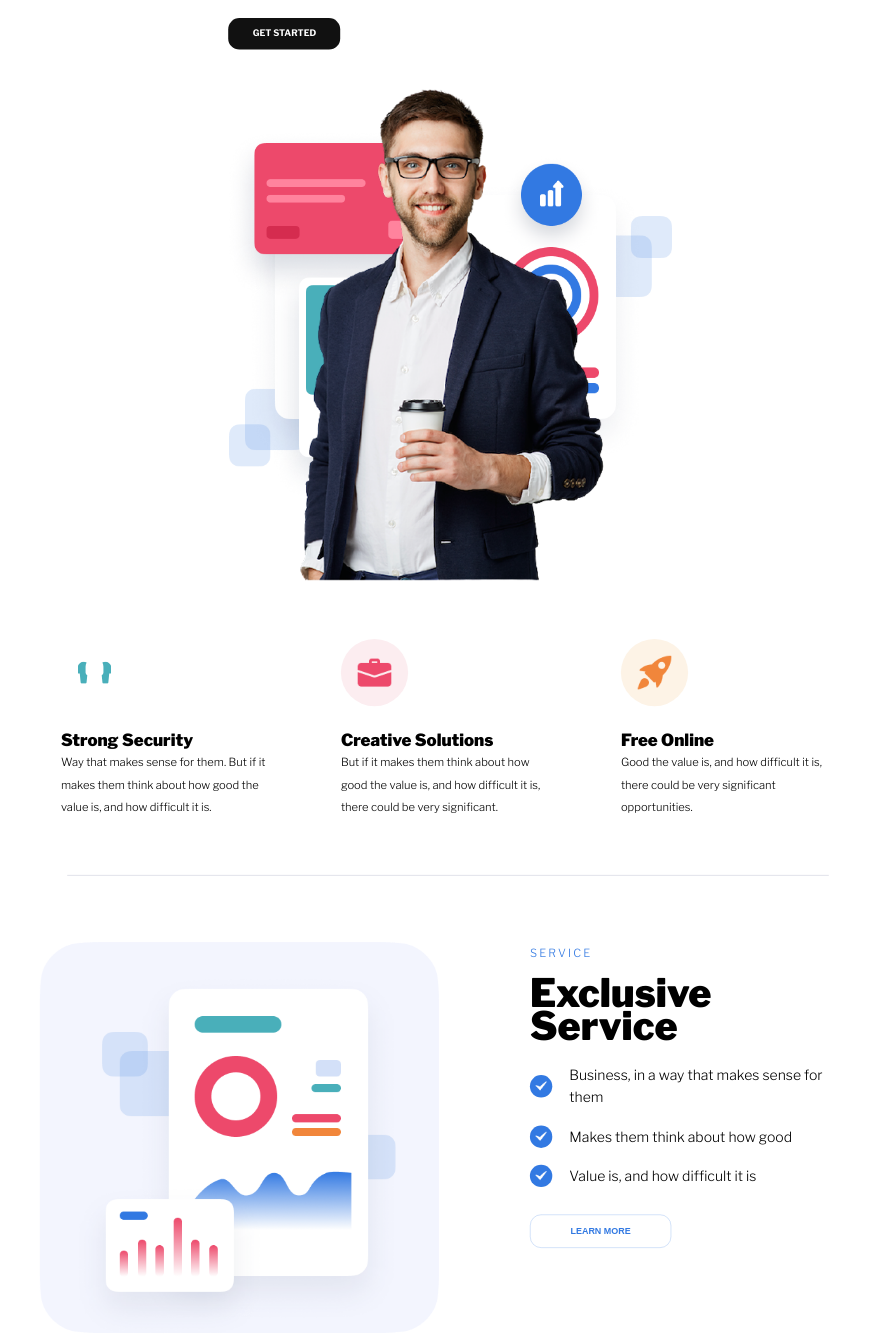
Repository: adryelfelipe/frontend-prova
Page: prova-figma/Prova/index.html
The author's editor kept a copy of each file at every save. The page is drawn from the files as they stood at one save, then again after the next save.
The browser window is 1280 px wide. The pictures show the part of the page from y = 407 to 2327 px (the page is 8462 px tall), at 70% of full size.

Above is the page before, as saved 2026-06-29 18:44:55.

### prova-figma/Prova/index.html
<!DOCTYPE html>
<html lang="en">
<head>
    <meta charset="UTF-8">
    <meta name="viewport" content="width=device-width, initial-scale=1.0">
    <link rel="stylesheet" href="style/variaveis.css">
    <link rel="stylesheet" href="./style/style.css">
    <link rel="icon" type="image/png" href="./assets/img/MNY.png">
    <title>MNY</title>
</head>
<body>
    <!-- Header -->
    <header id="header">
        <h2>MNY</h2>

        <!-- Header: Navbar -->
        <nav>
            <p>About</p>
            <p>Features</p>
            <p>Services</p>
            <p>Pricing</p>
            <p>Blog</p>
        </nav>

        <button>CONTACT</button>

        <img src="./assets/icon/hamburguer.svg" alt="Mobile navigation menu">
    </header>

    <!-- Main -->
    <main id="main">
        <!-- Main: Hero Section -->
        <section id="hero">
            <div class="hero-div">
                <article id="hero-first-article">
                    <h3 class="subtitle-base hero-subtitle">MAKE MONEY</h3>
                    <h1 class="title-base hero-title">Grow Your Money Like Never Before</h1>
                    <p class="paragraph hero-paragraph">Business, in a way that makes sense for them. But if it makes them think about how good the value.</p>
                    <button class="hero-button">GET STARTED</button>
                </article>
                <img src="./assets/img/homem-terno.png" alt="Business professional holding a coffee cup">
            </div>
        </section>

        <!-- Main: Service Section -->
        <section id="service">
            <div id="service-container">
                <article class="service-card">
                    <div class="bg-icon-fly bg-icon-services">
                        <img src="./assets/icon/icon1-fly-section2.svg" class="icon-fly" alt="Shield symbol representing financial security">
                    </div>

                    <h3 class="subtitle-tertiary">Strong Security</h3>
                    <p class="paragraph service-card-paragraph">Way that makes sense for them. But if it makes them think about how good the value is, and how difficult it is.</p>
                </article>

                <article class="service-card">
                    <div class="bg-icon-backpack bg-icon-services">
                        <img src="./assets/icon/icon2-backpack-section2.png" class="icon-backpack" alt="Briefcase symbol representing business solutions">
                    </div>

                    <h3 class="subtitle-tertiary">Creative Solutions</h3>
                    <p class="paragraph">But if it makes them think about how good the value is, and how difficult it is, there could be very significant.</p>
                </article>

                <article class="service-card">
                    <div class="bg-icon-rocket bg-icon-services">
                        <img src="./assets/icon/icon3-rocket-section2.png" class="icon-rocket" alt="Rocket symbol representing business growth">
                    </div>

                    <h3 class="subtitle-tertiary">Free Online</h3>
                    <p class="paragraph">Good the value is, and how difficult it is, there could be very significant opportunities.</p>
                </article>
            </div>

            <div id="service-container-line"> </div> <!-- DIV USADA PARA FORMAR UMA LINHA -->

            <div class="service-div-align">
                <img src="./assets/img/infos-section2.png" class="service-img" alt="Financial analytics dashboard illustration">

                <article class="service-final-article">
                    <h3 class="subtitle-base h3-space">SERVICE</h3>
                    <h2 class="subtitle-secondary h2-space">Exclusive Service</h2>

                    <div class="service-align-div">
                        <div class="service-subcard">
                            <div class="bg-icon-correct">
                                <img src="./assets/icon/correct-icon-section2.png" class="icon-correct">
                            </div>

                            <p class="paragraph-base service-final-article-p">Business, in a way that makes sense for them</p>
                        </div>

                        <div class="service-subcard">
                            <div class="bg-icon-correct">
                                <img src="./assets/icon/correct-icon-section2.png" class="icon-correct">
                            </div>

                            <p class="paragraph-base service-final-article-p">Makes them think about how good</p>
                        </div>

                        <div class="service-subcard">
                            <div class="bg-icon-correct">
                                <img src="./assets/icon/correct-icon-section2.png" class="icon-correct">
                            </div>

                            <p class="paragraph-base service-final-article-p">Value is, and how difficult it is</p>
                        </div>
                    </div>

                    <button>LEARN MORE</button>
                </article>
            </div>
        </section>

        <!-- Main: Our-Company Section -->
        <section id="our-company">
            <div class="our-company-div">

                <article class="company-first-article">
                    <h3 class="subtitle-base company-subtitle">ABOUT OUR COMPANY</h3>
                    <h2 class="subtitle-secondary our-company-title">Giving Future To Your Investment</h2>
                    <p class="company-paragraph paragraph-base">Business, in a way that makes sense for them. But if it makes them think about.</p>
                    <p class="paragraph company-paragraph-second">But if it makes them think about how good the value is, and how difficult it is, there could be very significant opportunities—it could be really expensive for them.</p>
                    <button class="company-button">ABOUT US</button>
                </article>

                <article class="company-second-article">
                    <img src="assets/img/our-company.png" class="company-image" alt="Businessman analyzing financial performance charts">
                </article>
            </div>
        </section>

        <!-- Main: Testimonials Section -->
        <section id="testimonials">
            <div class="testimonials-align-div">
                <h3 class="subtitle-base testimonials-subtitle">TESTIMONIALS</h3>
                <h2 class="subtitle-secondary testimonials-subtitle-second">What Clients Say</h2>

                <article class="testimonials-article">
                    <div class="card">
                        <div class="centralizer">
                            <div class="background-image-testimonials">
                                <img class="image-user-testimonials" src="assets/img/people1-section4.png" alt="Portrait of client Asaka Chimako">
                            </div>
                            <h3 class="subtitle-tertiary testimonials-person">Asaka Chimako</h3>
                            <img class="stars" src="assets/icon/fivestar-section4.png" alt="Rated five out of five stars">
                            <p class="paragraph testimonials-paragraph">Business, in a way that makes sense for them. But if it makes them think about how good the value is, and how difficult it is.</p>
                            <div class="company-testimonial">
                                <img src="assets/icon/digital-people1-section4.png" alt="Digital company logo">
                                <p class="company-testimonial-description">This week</p>
                            </div>
                        </div>
                    </div>
                    <div class="card card-azul">
                        <div class="centralizer">
                            <div class="background-image-testimonials">
                                <img class="image-user-testimonials" src="assets/img/people-2-section4.png" alt="Portrait of client Denice Ekdahl">
                            </div>
                            <h3 class="subtitle-tertiary testimonials-person">Denice Ekdahl</h3>
                            <img class="stars" src="assets/icon/fivestar-section4.png" alt="Rated five out of five stars">
                            <p class="paragraph testimonials-paragraph">But if it makes them think about how good the value is, and how difficult it is, there could be very significant opportunities.</p>
                            <div class="company-testimonial">
                                <img src="assets/icon/vortex-people2-section4.png" alt="Vortex company log">
                                <p class="company-testimonial-description">2 weeks ago</p>
                            </div>
                        </div>
                    </div>
                    <div class="card">
                        <div class="centralizer">
                            <div class="background-image-testimonials">
                                <img class="image-user-testimonials" src="assets/img/people-3-section4.png" alt="Portrait of client Vladěna Klímková">
                            </div>
                            <h3 class="subtitle-tertiary testimonials-person">Vladěna Klímková</h3>
                            <img class="stars" src="assets/icon/fivestar-section4.png" alt="Rated five out of five stars">
                            <p class="paragraph testimonials-paragraph">Think about how good the value is, and how difficult it is, there could be very significant opportunities.</p>
                            <div class="company-testimonial">
                                <img src="assets/icon/fuzion-people2-section4.png" alt="Fuzion company logo">
                                <p class="company-testimonial-description">3 weeks ago</p>
                            </div>
                        </div>
                    </div>
                </article>

                <article class="app-article">
                    <button class="testimonials-button">TESTIMONIALS</button>

                    <div class="app-div">
                        <h3 class="app-title subtitle-tertiary">Business, in a way that makes sense for them. But if it makes them think.</h3>

                        <div class="testimonials-line"></div>

                        <div class="companies-app">
                            <div class="companies-app-container-1">
                                <img src="assets/icon/digital-people1-section4.png" alt="Digital company logo">
                                <img src="assets/icon/travelexplorer-section4.png" alt="Travel Explorer company logo">
                            </div>

                            <div class="companies-app-container-2">
                                <img src="assets/icon/fuzion-people2-section4.png" alt="Fuzion company logo">
                                <img src="assets/icon/mediafire-section4.png" alt="MediaFire company logo">
                            </div>
                        </div>
                    </div>
                </article>

                <article class="app-card-article">
                    <div class="app-card-div">
                        <h3 class="subtitle-base app-card-subtitle">MAKE MONEY</h3>
                        <h2 class="subtitle-secondary app-card-title">Download App</h2>

                        <button class="app-card-button">EXPLORE</button>
                    </div>

                    <img class="app-cell-image" src="assets/img/iphone.png" alt="Mobile application interface displayed on smartphones">
                </article>
            </div>
        </section>

        <!-- Main: Contacts Section -->
        <section id="contacts">
            <article class="contact-form">
                <h2 class="subtitle-tertiary contact-form-title">Get In Touch</h2>
                <form action="POST" class="get-form">
                    <input type="email" name="email" id="email" class="normal_input" placeholder="Your email">

                    <select name="subject" id="subject" class="normal_input">
                        <option value="">Subject</option>
                    </select>

                    <input type="text" name="message" id="message" class="big_input" placeholder="Message">
                </form>

                <div class="contact-align-button">
                    <button>SUBMIT NOW</button>
                </div>
            </article>

            <article class="contact-description">
                <h3 class="subtitle-base description-subtitle-contact">CONTACT</h3>
                <h2 class="subtitle-secondary description-title">Contact Us</h2>
                <p class="paragraph description-paragraph">About how good the value is, and how difficult it is, there could be very significant opportunities.</p>

                <div>
                    <div class="contact-card">
                        <div class="bg-icon-correct">
                            <img class="logos" src="assets/icon/mapPointer.png" alt="Location pin icon">
                        </div>
                        <p class="paragraph-base contact-card-description">69 Branch Lane Griffin, GA 30223</p>
                    </div>
                    <div class="contact-card">
                        <div class="bg-icon-correct">
                            <img class="logos"  src="assets/icon/cellphone.png" alt="Phone contact icon">
                        </div>
                        <p class="paragraph-base contact-card-description">+1 (234) 567-89-00</p>
                    </div>
                    <div class="contact-card">
                        <div class="bg-icon-correct">
                            <img class="logo" src="assets/icon/email.png" alt="Email contact icon">
                        </div>
                        <p class="paragraph-base contact-card-description">money@info.com</p>
                    </div>
                </div>
            </article>
        </section>
    </main>

    <!-- Footer -->
    <footer id="footer">
        <!-- Footer: Section 1 -->
        <section class="footer-section-1">
            <h3 class="subtitle-tertiary footer-subtitle">All-in-One Money Solution for Your Business</h3>

            <div class="footer-section-1-div">
                <button class="footer-section-1-contact-button">CONTACT US</button>
                <button class="footer-section-1-started-button">GET STARTED</button>
            </div>
        </section>

        <hr class="footer-container-line">

        <!-- Footer: Section 2 -->
        <section class="footer-section-2">
            <h2 class="subtitle-secondary footer-title">MNY</h2>

            <div class="footer-section-2-menu">
                <h3 class="subtitle-base">MENU</h3>
                <a href="/" class="paragraph">About</a>
                <a href="/" class="paragraph">Pricing</a>
                <a href="/" class="paragraph">Blog</a>
                <a href="/" class="paragraph">Contact</a>
            </div>

            <div class="footer-section-2-service">
                <h3 class="subtitle-base">SERVICE</h3>
                <a href="/" class="paragraph">Finance Analytics</a>
                <a href="/" class="paragraph">Consulting</a>
                <a href="/" class="paragraph">Audit & Assurance</a>
                <a href="/" class="paragraph">Tax Advisory</a>
            </div>

            <div class="footer-icons">
                <div class="bg-icon-correct">
                    <img class="footer-icon-facebook" src="./assets/icon/facebook.png" alt="Facebook logo">
                </div>

                <div class="bg-icon-correct">
                    <img class="footer-icon-twiiter" src="./assets/icon/twitter.png" alt="Twitter logo">
                </div>

                <div class="bg-icon-correct">
                    <img class="footer-icon-instagram" src="./assets/icon/instagram.png" alt="Instagram logo">
                </div>
            </div>
        </section>

        <hr class="footer-container-line">

        <!-- Footer: Section 3 -->
        <section class="footer-section-3">
            <p class="footer-copyright">Copyright © 2021 Laaqiq. All Rights Reserved.</p>

            <div class="footer-terms-privacy">
                <p class="paragraph">Terms of Use</p>
                <p class="paragraph">Privacy Policy</p>
            </div>
        </section>
    </footer>
</body>
</html>

### prova-figma/Prova/style/variaveis.css
@import url('https://fonts.googleapis.com/css2?family=Libre+Franklin:ital,wght@0,100..900;1,100..900&display=swap');

:root {
    --primary-color: #FFFFFF;
    --header-icon-border-color: rgba(255, 255, 255, 0.3);
    --bg-color: rgba(50, 121, 226, 1);

    --subtitle: rgba(170, 196, 234, 1);

    --normal-line: rgba(213, 214, 225, 1);

    --button-blue-border: rgba(50, 121, 226, 0.3);

    --backgroung-gradient: linear-gradient(
    to right,
    rgba(50, 121, 226, 1) 0%,
    rgba(202, 202, 235, 1) 100%
    );

    --bg-button-primary: rgba(17, 17, 17, 1);

    --color-paragraph-primary: rgba(255, 255, 255, 0.5);

    --bg-terciary: rgba(236, 241, 250, 1);

    --color-paragraph-

    /*Icons Session 2*/
    --bg-icon-fly: rgba(230, 247, 248, 1);
    --bg-icon-backpack: rgba(252, 237, 240, 1);
    --bg-icon-rocket: rgba(253, 243, 230, 1);
    --bg-icon-correct: rgba(50, 121, 226, 1);

    --icon-fly-color: rgba(73, 175, 186, 1);
    --icon-backpack-color: rgba(237, 73, 107, 1);
    --icon-rocket-color: rgba(241, 134, 59, 1);
    --icon-correct-color: rgba(255, 255, 255, 1)
}

.title-base{
    font-family: 'Libre Franklin';
    font-weight: 900;
    font-size: clamp(3.5rem, 10vw, 4.5rem);
    line-height: 64px;
    letter-spacing: -1px;
    width: clamp(354px, 50vw, 455px);
}

.subtitle-base{
    margin: 0;
    font-family: 'Libre Franklin';
    font-weight: 300;
    font-size: 1rem;
    line-height: 32px;
    letter-spacing: 3px;
    text-transform: uppercase;
}

.subtitle-secondary{
    font-family: 'Libre Franklin';
    font-weight: 900;
    font-size: clamp(2.5rem, 10vw, 3.5rem);
    line-height: 48px;
    letter-spacing: 0px;
}

.subtitle-tertiary{
    font-family: Libre Franklin;
    font-weight: 900;
    font-size: 1.5rem;
    line-height: 32px;
    letter-spacing: 0px;
}

.paragraph{
    font-family: 'Libre Franklin';
    font-weight: 300;
    font-size: 1rem;
    line-height: 32px;
    letter-spacing: 0px;
}

.paragraph-base{
    font-family: Libre Franklin;
    font-weight: 300;
    font-size: 20px;
    line-height: 32px;
    letter-spacing: 0px;
}

Loaded but not shown: prova-figma/Prova/style/style.css (934 lines, source omitted)

After the next save:
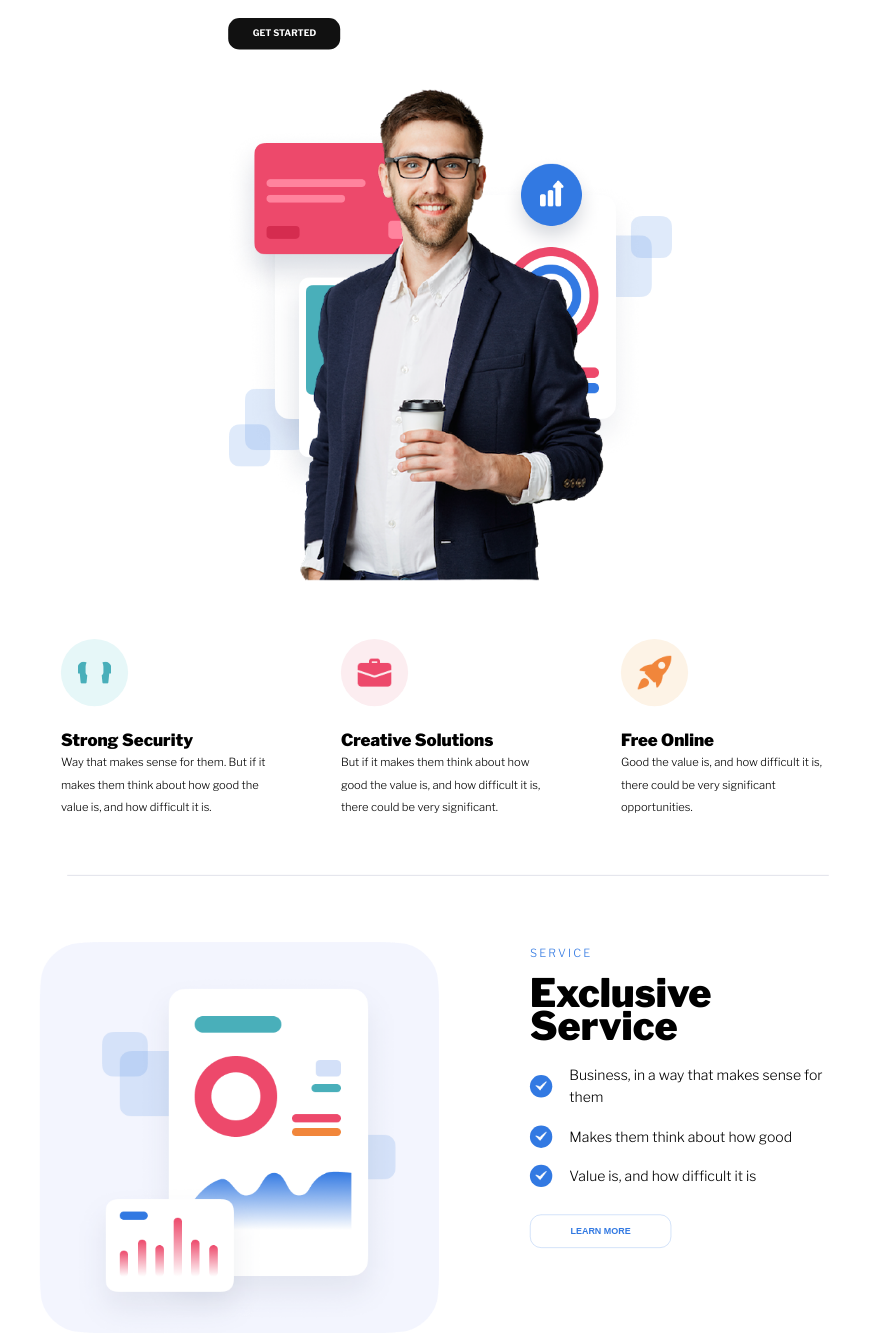
Saved 6 s later.
--- a/prova-figma/Prova/style/variaveis.css
+++ b/prova-figma/Prova/style/variaveis.css
@@ -23,7 +23,7 @@
 
     --bg-terciary: rgba(236, 241, 250, 1);
 
-    --color-paragraph-
+    --color-paragraph-secondary: rgba(51, 51, 51, 0.75);
 
     /*Icons Session 2*/
     --bg-icon-fly: rgba(230, 247, 248, 1);
